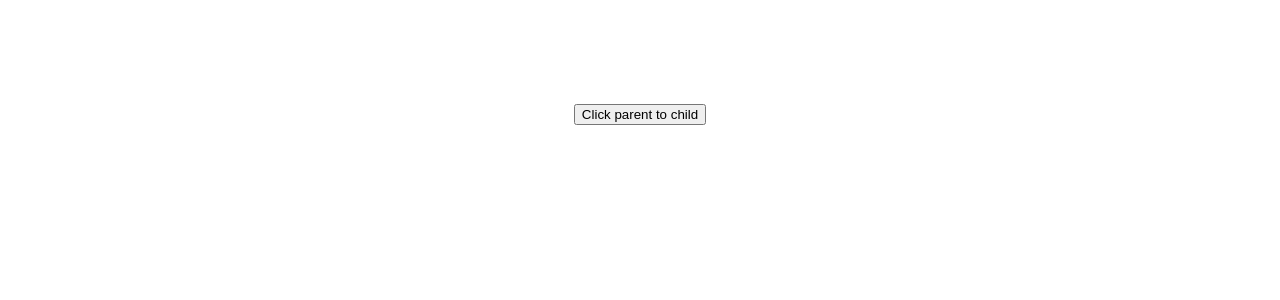
Repository: Aiwen5/parent-child
Page: /
These files come from the project's save history. The page is drawn as it stood at one moment and after the next save; the edit follows.
The browser window is 1280 px wide. The pictures show the whole page.
The project was rebuilt for these pictures with package versions that can differ from the ones it lists, and the page was loaded fresh each time. The framework's server and built-in components were replaced by stand-ins that run in the browser. Also part of the build but not shown: next.config.js.

Above is the page before, as saved 2024-03-25 14:09:39.

After the next save:
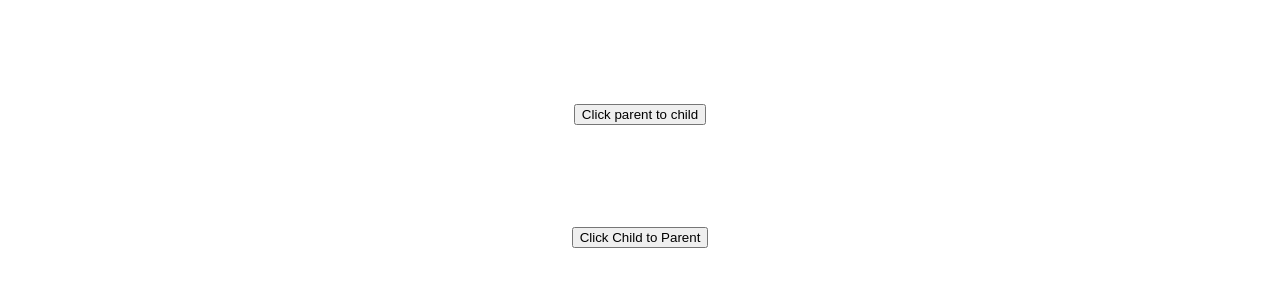
Saved 2 min 10 s later.
--- a/pages/index.js
+++ b/pages/index.js
@@ -1,11 +1,13 @@
-import styles from '@/styles/Home.module.css'
-import ParentToChild from './ParentOne'
+import styles from '@/styles/Home.module.css';
+import ParentToChild from './ParentOne';
+import ChildToParent from './ParentTwo';
 
 export default function Home() {
   return (
     <>
       <main className={`${styles.main}`}>
         <ParentToChild />
+        <ChildToParent />
       </main>
     </>
   )
